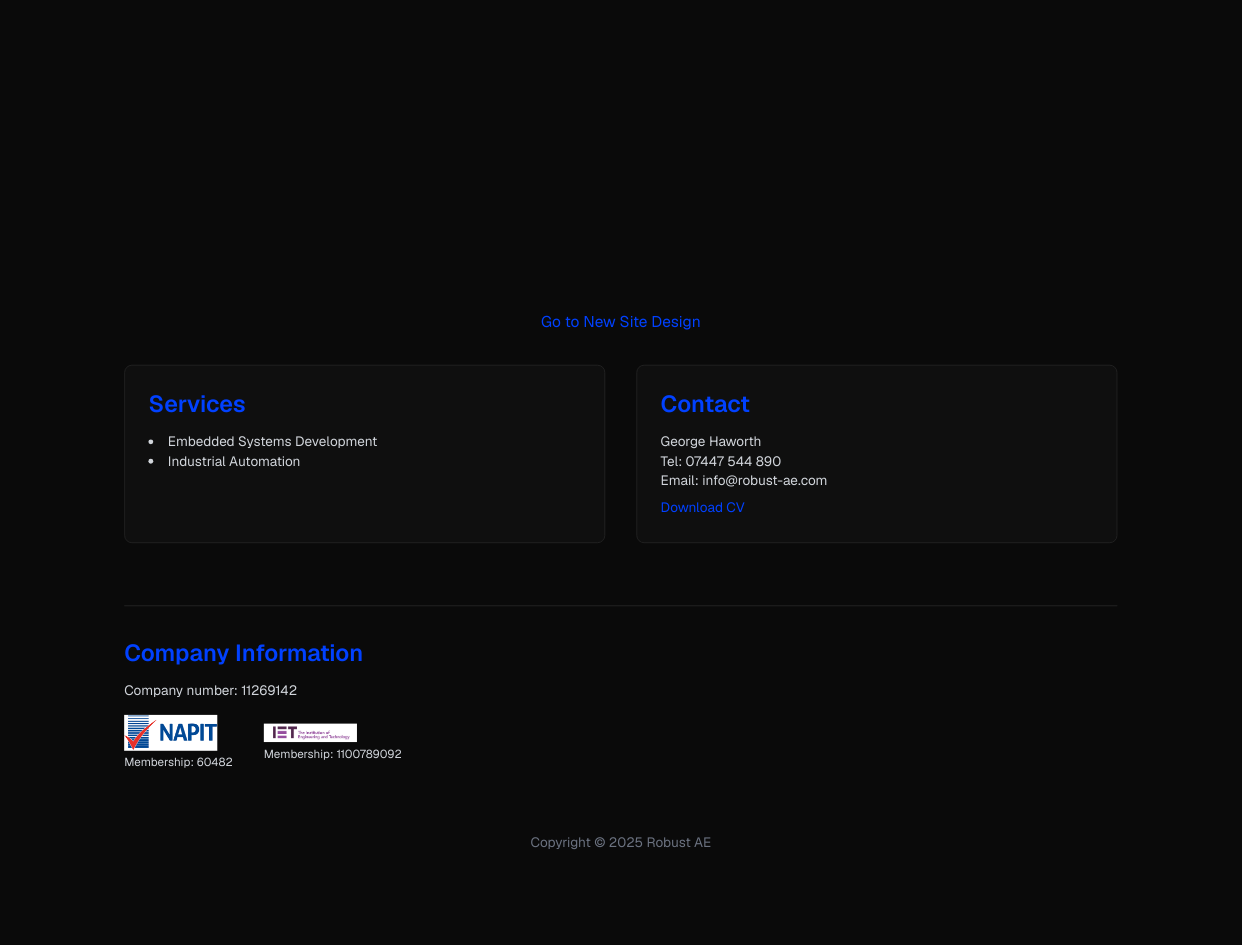
Repository: b0ase/robust-ae.com
Page: /
These files come from the project's save history. The page is drawn as it stood at one moment and after the next save; the edit follows.
The browser window is 1280 px wide. The pictures show the whole page, at 97% of full size.
The project was rebuilt for these pictures with package versions that can differ from the ones it lists, and the page was loaded fresh each time. The framework's server and built-in components were replaced by stand-ins that run in the browser. Also part of the build but not shown: next.config.ts.

Above is the page before, as saved 2025-05-05 16:20:26.

### src/app/layout.tsx
import type { Metadata } from "next";
import { Geist, Geist_Mono, Roboto_Mono } from "next/font/google";
import "./globals.css";
// import Providers from "./providers"; // Ensure this import is removed or commented out

const geistSans = Geist({
  variable: "--font-geist-sans",
  subsets: ["latin"],
});

const geistMono = Geist_Mono({
  variable: "--font-geist-mono",
  subsets: ["latin"],
});

const robotoMono = Roboto_Mono({
  variable: "--font-roboto-mono",
  subsets: ["latin"],
  weight: ["400", "700"]
});

export const metadata: Metadata = {
  title: "Robust AE - Automation & Embedded Systems",
  description: "Robust AE Ltd offers expert embedded systems development, industrial automation solutions, and prototyping services.",
};

export default function RootLayout({
  children,
}: Readonly<{
  children: React.ReactNode;
}>) {
  return (
    <html lang="en">
      {/* Ensure no Provider wrapper here */}
      <body className={`${geistSans.variable} ${geistMono.variable} ${robotoMono.variable} antialiased`}>
        {children}
      </body>
    </html>
  );
}

### src/app/page.tsx
import Image from "next/image";
import Link from "next/link";

export default function Home() {
  return (
    <main className="flex min-h-screen flex-col items-center justify-between p-24 bg-b0ase-dark text-white">
      <div className="z-10 w-full max-w-5xl items-center justify-between font-mono text-sm lg:flex">
        {/* Placeholder for a potential top bar or navigation */}
      </div>

      <div className="relative z-[-1] flex place-items-center before:absolute before:h-[300px] before:w-full before:-translate-x-1/2 before:rounded-full before:bg-gradient-radial before:from-transparent before:to-transparent before:blur-2xl before:content-[''] after:absolute after:-z-20 after:h-[180px] after:w-full after:translate-x-1/3 after:bg-gradient-conic after:from-b0ase-blue after:via-[#0141ff] after:blur-2xl after:content-[''] before:bg-gradient-to-br before:from-transparent before:to-b0ase-blue before:opacity-10 after:opacity-40 sm:before:w-[480px] sm:after:w-[240px] before:lg:h-[360px]">
         {/* Replace H1 text with AE logo */}
        <Image
           src="/images/logos/AE vector-2.png"
           alt="Robust AE Logo"
           width={200} // Adjust width as needed
           height={100} // Adjust height as needed
           className="mb-8"
          priority
        />
      </div>

      {/* Add link to newsite page */}
      <div className="mb-8">
        <Link href="/newsite" className="text-b0ase-blue hover:text-white transition-colors">
          Go to New Site Design
        </Link>
      </div>

      <div className="mb-32 grid gap-8 text-center lg:mb-0 lg:w-full lg:max-w-5xl lg:grid-cols-2 lg:text-left">
        <section className="p-6 bg-b0ase-card border border-b0ase-card-border rounded-lg">
          <h2 className="mb-3 text-2xl font-semibold text-b0ase-blue">
            Services
          </h2>
          <ul className="list-disc list-inside m-0 max-w-[30ch] text-sm text-gray-300">
              <li>Embedded Systems Development</li>
              <li>Industrial Automation</li>
          </ul>
        </section>

        <section className="p-6 bg-b0ase-card border border-b0ase-card-border rounded-lg">
          <h2 className="mb-3 text-2xl font-semibold text-b0ase-blue">
            Contact
          </h2>
          <p className="m-0 max-w-[30ch] text-sm text-gray-300">
            George Haworth<br />
            Tel: 07447 544 890<br />
            Email: info@robust-ae.com
          </p>
          <a
            href="/images/logos/George_Haworth_CV_23042025.pdf"
            download
            className="mt-2 inline-block text-sm text-b0ase-blue hover:text-white transition-colors"
          >
            Download CV
          </a>
        </section>

        <section className="col-span-2 mt-8 border-t border-b0ase-card-border pt-8 text-center lg:text-left">
           <h2 className="mb-3 text-2xl font-semibold text-b0ase-blue">Company Information</h2>
           <p className="m-0 max-w-[40ch] text-sm text-gray-300 mx-auto lg:mx-0">
             Company number: 11269142
           </p>
           <div className="mt-4 flex justify-center lg:justify-start gap-8 items-center">
              <div>
                 {/* Replace placeholder with NAPIT Logo */}
          <Image
                   src="/images/logos/napit-logo.png"
                   alt="NAPIT Logo"
                   width={96} // Keep original width or adjust
                   height={48} // Keep original height or adjust
                   className="object-contain"
                 />
                 <p className="text-xs text-gray-300 mt-1">Membership: 60482</p>
              </div>
              <div>
                 {/* Replace placeholder with IET Logo */}
          <Image
                   src="/images/logos/iet-logo.jpg"
                   alt="IET Logo"
                   width={96} // Keep original width or adjust
                   height={48} // Keep original height or adjust
                   className="object-contain"
                 />
                 <p className="text-xs text-gray-300 mt-1">Membership: 1100789092</p>
              </div>
           </div>
        </section>
      </div>

      {/* Placeholder for footer */}
       <footer className="w-full max-w-5xl text-center text-sm text-gray-500 mt-16">
         Copyright © {new Date().getFullYear()} Robust AE
      </footer>
    </main>
  );
}

### src/app/globals.css
@tailwind base;
@tailwind components;
@tailwind utilities;

/* Custom styles below */
:root {
  --background: #0a0a0a;  /* Default to dark theme */
  --foreground: #ededed;
}

/* Override default dark mode preferences */
@media (prefers-color-scheme: dark) {
  :root {
    --background: #0a0a0a;
    --foreground: #ededed;
  }
}

body {
  background: var(--background);
  color: var(--foreground);
  font-family: var(--font-geist-sans, Arial, Helvetica, sans-serif);
}

/* Custom link styling */
a {
  transition: color 0.2s ease;
}

/* Custom blue accent color to match b0ase.com */
.accent-blue {
  color: #0141ff;
}

/* Service card styling */
.service-card {
  transition: transform 0.3s ease, box-shadow 0.3s ease;
}

.service-card:hover {
  transform: translateY(-5px);
}

### tailwind.config.ts
import type { Config } from "tailwindcss";

const config: Config = {
  content: [
    "./src/pages/**/*.{js,ts,jsx,tsx,mdx}",
    "./src/components/**/*.{js,ts,jsx,tsx,mdx}",
    "./src/app/**/*.{js,ts,jsx,tsx,mdx}",
  ],
  darkMode: "class", // Enable class-based dark mode
  theme: {
    extend: {
      colors: {
        'b0ase-blue': '#0141ff',
        'b0ase-dark': '#0a0a0a',
        'b0ase-card': '#0f0f0f',
        'b0ase-card-border': '#222222',
        'b0ase-gray': {
          400: '#888888',
          500: '#666666',
          600: '#444444',
          700: '#333333',
          800: '#222222',
          900: '#111111',
        }
      },
      backgroundImage: {
        "gradient-radial": "radial-gradient(var(--tw-gradient-stops))",
        "gradient-conic":
          "conic-gradient(from 180deg at 50% 50%, var(--tw-gradient-stops))",
      },
    },
  },
  plugins: [],
};
export default config;

After the next save:
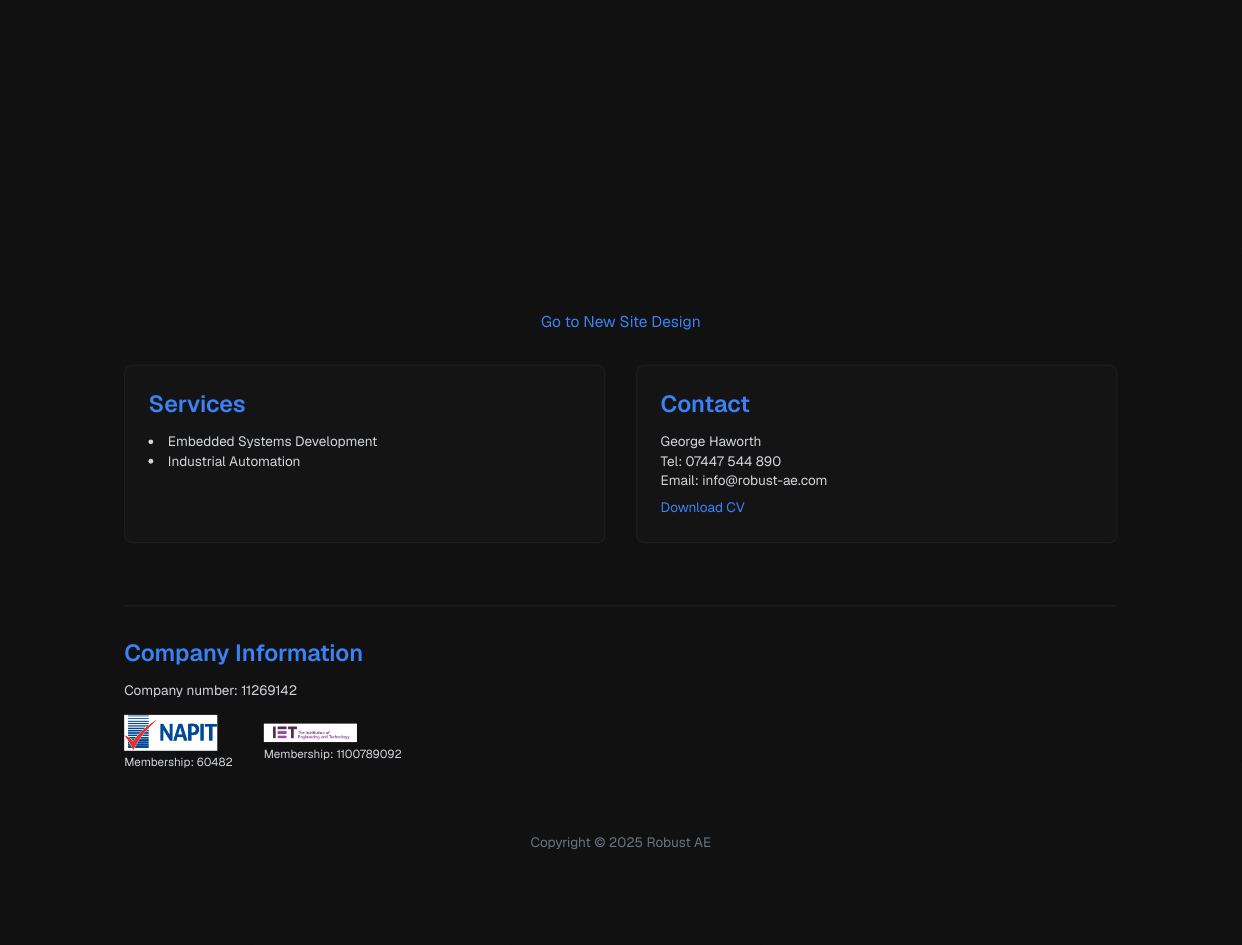
Saved 4 min 54 s later.
--- a/tailwind.config.ts
+++ b/tailwind.config.ts
@@ -10,17 +10,17 @@
   theme: {
     extend: {
       colors: {
-        'b0ase-blue': '#0141ff',
-        'b0ase-dark': '#0a0a0a',
-        'b0ase-card': '#0f0f0f',
+        'b0ase-blue': '#3b82f6',
+        'b0ase-dark': '#111111',
+        'b0ase-card': '#141414',
         'b0ase-card-border': '#222222',
         'b0ase-gray': {
-          400: '#888888',
-          500: '#666666',
-          600: '#444444',
-          700: '#333333',
-          800: '#222222',
-          900: '#111111',
+          400: '#a3a3a3',
+          500: '#737373',
+          600: '#525252',
+          700: '#404040',
+          800: '#262626',
+          900: '#171717',
         }
       },
       backgroundImage: {
